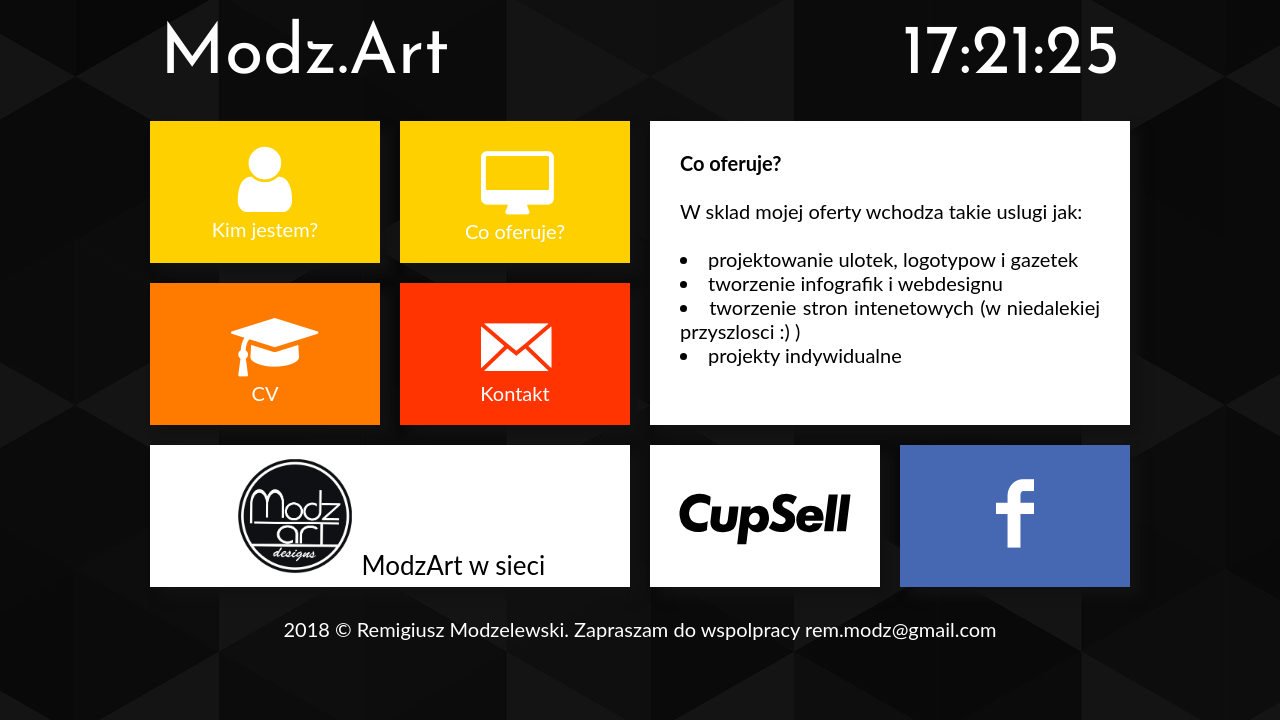
Repository: RemModz/Portfolio
Page: cooferuje.html
An editor plug-in stored every save of this project. The page is shown before and after the next save, followed by the edit.
The browser window is 1280 px wide. The pictures show the whole page.

Above is the page before, as saved 2018-11-14 17:28:56.

### cooferuje.html
<!DOCTYPE html>
<html lang="en">
<head>
    <meta charset="UTF-8">
    <meta name="viewport" content="width=device-width, initial-scale=1.0">
    <meta http-equiv="X-UA-Compatible" content="ie=edge">
    <title>ModzArt - Portfolio</title>
    <meta name='description' content="Portfolio z tworczoscia Remka Modzelewskiego"/>
    <meta name='keywords' content="webdesign, webgraphics, drawing and vector art"/>

    <link rel="stylesheet" href="style.css" type="text/css"/>
    <link rel="stylesheet" href="/fontello/css/fontello.css" type="text/css"/>
    <link href="https://fonts.googleapis.com/css?family=Josefin+Sans&amp;subset=latin-ext" rel="stylesheet">
    <script src="timer.js"></script>
</head>
<body onload="odliczanie();"></body>
    <div id="container">

        <div class="rectangle">
                <div id="logo">

                    <a href="index.html" class="tilelinkhtml5">Modz.Art</a></div>
            <div id="zegar"></div>
            <div style="clear:both;"></div>
        </div>

        <div class="square">
            <div class="tile1">
                <a href="kimjestem.html" class="tilelink"> <i class="icon-user"></i><br/>Kim jestem? </a>
            </div>
            <div class="tile1">
                <a href="cooferuje.html" class="tilelink"> <i class="icon-desktop"></i><br/>Co oferuje? </a>
                       </div>
            <div style="clear:both;"></div>

            <div class="tile2">
                    <a href="cv.html" class="tilelink"> <i class="icon-graduation-cap"></i><br />CV </a>
                </div>
            <div class="tile3">
                    <a href="kontakt.html" class="tilelink"> <i class="icon-email"></i><br />Kontakt </a>
            </div>
            <div style="clear:both;"></div>

            <div class="tile4"><img src="modzartlogo.svg" alt="ModzArt Logo"> ModzArt w sieci</div>
            <div style="clear:both;"></div>
        </div>

        <div class="square">
            <div class="tile5"><b>Co oferuje?</b> <br /> <br />W sklad mojej oferty wchodza takie uslugi jak: <br /><br />
            <li> projektowanie ulotek, logotypow i gazetek</li>
            <li> tworzenie infografik i webdesignu</li>
            <li> tworzenie stron intenetowych (w niedalekiej przyszlosci :) )
            <li> projekty indywidualne</li>
        </li></div>

            <div class="cupsell">
                    <a href="http://www.modzart.cupsell.pl" target="_blank" class="sociallink"><img src="cupsell.svg" alt="CupSell"></a></div>

                    <div class="fb">
                    <a href="http://www.facebook.com/R.ModzArt" target="_blank" class="sociallink"> <i class="icon-facebook"></i></a></div>
            <div style="clear:both;"></div>



        </div>

        <div style="clear:both;"></div>

        <div class="rectangle"> 2018 &copy;  Remigiusz Modzelewski. Zapraszam do wspolpracy rem.modz@gmail.com </div>
    </div>
</body>
</html>

### style.css
body {
    background-color: #303030;
    color: #ffffff;
    font-family: 'Lato', sans-serif;
    font-size: 20px;
    background-image: url(background.jpg);
}

#container {
    width: 1000px;
    margin-left: auto;
    margin-right: auto;
}

.rectangle {
    width: 960PX;
    margin: 20pX;
    text-align: center;
}


.square {
    width: 50%;
    float: left;
    color: black;
    text-align: center
}

#logo {
    float: left;
    font-family: 'Josefin Sans', sans-serif;
    font-size: 70px;
    width: 600;
    text-align: left;
}



#zegar {
    float: right;
    font-family: 'Josefin Sans', sans-serif;
    font-size: 70px;
    text-align: center;
}
.tile1 {
    margin: 10px;
    width: 230px;
    height: 142px;
    background-color: #ffd000;
    float: left;
    text-align: center;
    box-shadow: #111111 10px 10px 10px;
}

.tile1:hover {
background-color: #eec200b6;
}

.tile2 {
    margin: 10px;
    width: 230px;
    height: 142px;
    background-color:  #ff7b00;
    float: left;
    text-align: center;
    box-shadow: #111111 10px 10px 10px;
}

.tile2:hover {
    background-color: #f17501a4;
    }

.tile3 {
    margin: 10px;
    width: 230px;
    height: 142px;
    background-color: #ff3401;
    float: left;
    text-align: center;
    box-shadow: #111111 10px 10px 10px;
}
.tile3:hover {
    background-color:  #e72e009c;
    }

.tile4 {
    margin: 10px;
    width: 460px;
    height: 122px;
    padding: 10px;
    background-color: #ffffff;
    text-align: center;
    font-size: 26px;
    text-align: center;
    float: left;
    box-shadow: #111111 10px 10px 10px;
    display: inline-block;

}

.tile4:hover {
    background-color: #ffffff;
    }

.tile5 {
    margin: 10px;
    width: 420px;
    height: 244px;
    background-color: #ffffff;
    text-align: justify;
    padding: 30px;
    box-shadow: #111111 10px 10px 10px;
    text-decoration: none;
}


.fb {
    margin: 10px;
    width: 230px;
    height: 142px;
    background-color: #4668b3;
    float: left;
    box-shadow: #111111 10px 10px 10px;
    text-align: center;

}
.fb:hover {
    background-color: #3557a2a6;
    }

.cupsell {
    margin: 10px;
    width: 230px;
    height: 102px;
    padding-top: 40px;
    background-color: #ffffff;
    float: left;
    box-shadow: #111111 10px 10px 10px;
    text-align: center;

    }

.cupsell:hover {
    background-color: #eeeeee88;
    display: inline-block;
        }

.tilelink {

    color: #ffffff;
    text-decoration: none;
    display: block;
    width: 230px;
    height: 142px;

}

.tilelinkhtml5 {

    color: #ffffff;
    text-decoration: none;
    display: block;

}

.sociallink {

    color: #ffffff;
    text-decoration: none;
    display: block;
    width: 230px;
    height: 142px;
    margin-top: 20;

}

.wsieci {
    margin: 10px;
    width: 230px;
    height: 102px;
    padding-top: 40px;
    float: right;
}

### fontello/css/fontello.css
@font-face {
  font-family: 'fontello';
  src: url('../font/fontello.eot?17037671');
  src: url('../font/fontello.eot?17037671#iefix') format('embedded-opentype'),
       url('../font/fontello.woff2?17037671') format('woff2'),
       url('../font/fontello.woff?17037671') format('woff'),
       url('../font/fontello.ttf?17037671') format('truetype'),
       url('../font/fontello.svg?17037671#fontello') format('svg');
  font-weight: normal;
  font-style: normal;
}
/* Chrome hack: SVG is rendered more smooth in Windozze. 100% magic, uncomment if you need it. */
/* Note, that will break hinting! In other OS-es font will be not as sharp as it could be */
/*
@media screen and (-webkit-min-device-pixel-ratio:0) {
  @font-face {
    font-family: 'fontello';
    src: url('../font/fontello.svg?17037671#fontello') format('svg');
  }
}
*/

 [class^="icon-"]:before, [class*=" icon-"]:before {
  font-family: "fontello";
  font-style: normal;
  font-weight: normal;
  speak: none;

  display: inline-block;
  text-decoration: inherit;
  width: 1em;
  margin-right: .2em;
  text-align: center;
  /* opacity: .8; */

  /* For safety - reset parent styles, that can break glyph codes*/
  font-variant: normal;
  text-transform: none;

  /* fix buttons height, for twitter bootstrap */
  line-height: 1em;

  /* Animation center compensation - margins should be symmetric */
  /* remove if not needed */
  margin-left: .2em;

  /* you can be more comfortable with increased icons size */
  /* font-size: 120%; */

  /* Font smoothing. That was taken from TWBS */
  -webkit-font-smoothing: antialiased;
  -moz-osx-font-smoothing: grayscale;

  /* Uncomment for 3D effect */
  /* text-shadow: 1px 1px 1px rgba(127, 127, 127, 0.3); */
}

.icon-user:before { content: '\e800'; font-size: 76px; margin-top: 20px;} /* '' */
.icon-email:before { content: '\e801'; font-size: 68px; margin-top: 30px; } /* '' */
.icon-gmail:before { content: '\e802'; font-size: 68px; margin-top: 30px; } /* '' */
.icon-twitter:before { content: '\f099'; font-size: 76px; margin-top: 30px; } /* '' */
.icon-gplus:before { content: '\f0d5'; font-size: 68px; margin-top: 30px;} /* '' */
.icon-desktop:before { content: '\f108'; font-size: 68px; margin-top: 30px;} /* '' */
.icon-youtube:before { content: '\f167'; font-size: 76px; margin-top: 30px;} /* '' */
.icon-graduation-cap:before { content: '\f19d'; font-size: 68px; margin-top: 30px;} /* '' */
.icon-facebook:before { content: '\f30c'; font-size: 76px; margin-top: 30px;} /* '' */

### timer.js
function odliczanie()
	{
		var dzisiaj = new Date();


		var godzina = dzisiaj.getHours();
		if (godzina<10) godzina = "0"+godzina;

		var minuta = dzisiaj.getMinutes();
		if (minuta<10) minuta = "0"+minuta;

		var sekunda = dzisiaj.getSeconds();
		if (sekunda<10) sekunda = "0"+sekunda;

		document.getElementById("zegar").innerHTML = +godzina+":"+minuta+":"+sekunda;

		 setTimeout("odliczanie()",1000);
	}

### modzartlogo.svg
<?xml version="1.0" encoding="UTF-8" standalone="no"?>
<!-- Created with Inkscape (http://www.inkscape.org/) -->

<svg
   xmlns:dc="http://purl.org/dc/elements/1.1/"
   xmlns:cc="http://creativecommons.org/ns#"
   xmlns:rdf="http://www.w3.org/1999/02/22-rdf-syntax-ns#"
   xmlns:svg="http://www.w3.org/2000/svg"
   xmlns="http://www.w3.org/2000/svg"
   xmlns:xlink="http://www.w3.org/1999/xlink"
   xmlns:sodipodi="http://sodipodi.sourceforge.net/DTD/sodipodi-0.dtd"
   xmlns:inkscape="http://www.inkscape.org/namespaces/inkscape"
   width="120"
   height="120"
   viewBox="0 0 79.639582 79.639586"
   version="1.1"
   id="svg3759"
   inkscape:version="0.92.3 (2405546, 2018-03-11)"
   sodipodi:docname="modzartlogo.svg">
  <defs
     id="defs3753" />
  <sodipodi:namedview
     id="base"
     pagecolor="#ffffff"
     bordercolor="#666666"
     borderopacity="1.0"
     inkscape:pageopacity="0.0"
     inkscape:pageshadow="2"
     inkscape:zoom="0.35"
     inkscape:cx="400"
     inkscape:cy="560"
     inkscape:document-units="px"
     inkscape:current-layer="layer1"
     showgrid="false"
     units="px"
     inkscape:window-width="1853"
     inkscape:window-height="895"
     inkscape:window-x="67"
     inkscape:window-y="27"
     inkscape:window-maximized="1" />
  <metadata
     id="metadata3756">
    <rdf:RDF>
      <cc:Work
         rdf:about="">
        <dc:format>image/svg+xml</dc:format>
        <dc:type
           rdf:resource="http://purl.org/dc/dcmitype/StillImage" />
        <dc:title></dc:title>
      </cc:Work>
    </rdf:RDF>
  </metadata>
  <g
     inkscape:label="Layer 1"
     inkscape:groupmode="layer"
     id="layer1"
     transform="translate(0,-217.3604)">
    <image
       width="75.551514"
       height="75.551514"
       preserveAspectRatio="none"
       xlink:href="data:[embedded picture, 42194 characters]"
       id="image10"
       x="1.9873376"
       y="220.14146" />
  </g>
</svg>

After the next save:
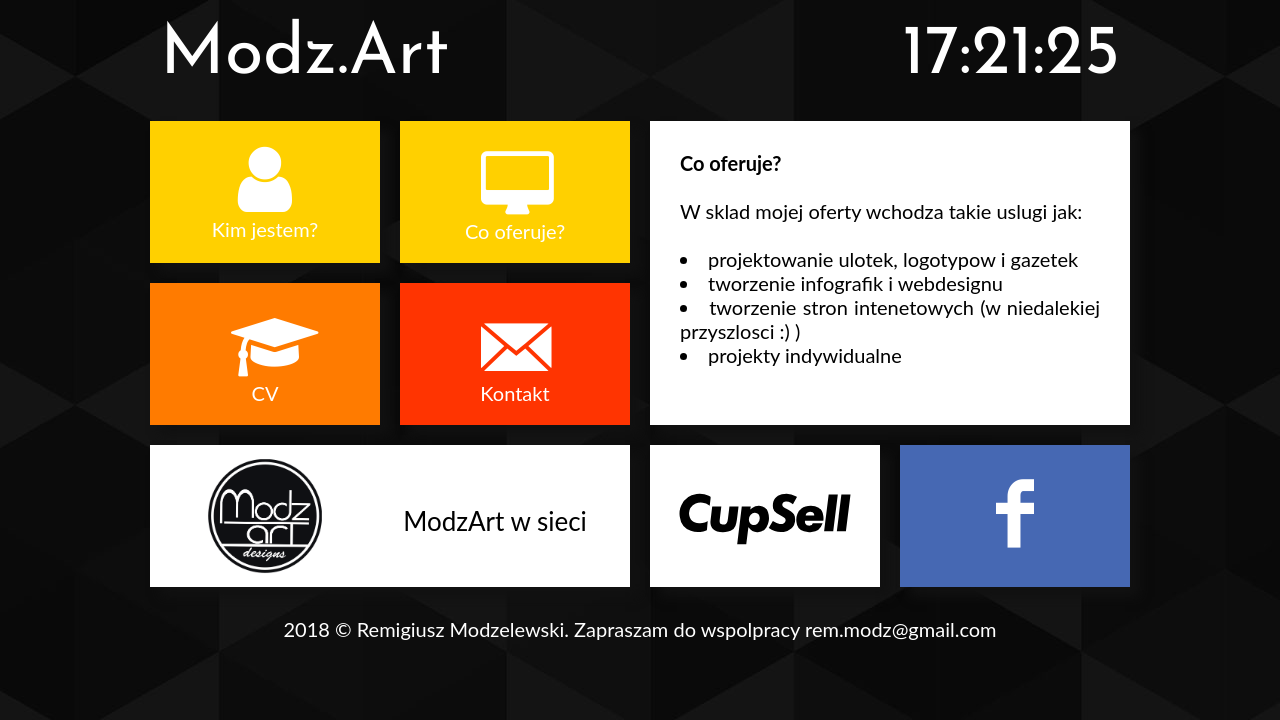
Saved 102 s later.
--- a/cooferuje.html
+++ b/cooferuje.html
@@ -40,8 +40,11 @@
                     <a href="kontakt.html" class="tilelink"> <i class="icon-email"></i><br />Kontakt </a>
             </div>
             <div style="clear:both;"></div>
+            <div class="tile4">
 
-            <div class="tile4"><img src="modzartlogo.svg" alt="ModzArt Logo"> ModzArt w sieci</div>
+                    <img src="modzartlogo.svg" alt="ModzArt">  <span class="wsieci"> ModzArt w sieci </span>
+
+            </div>
             <div style="clear:both;"></div>
         </div>
 
